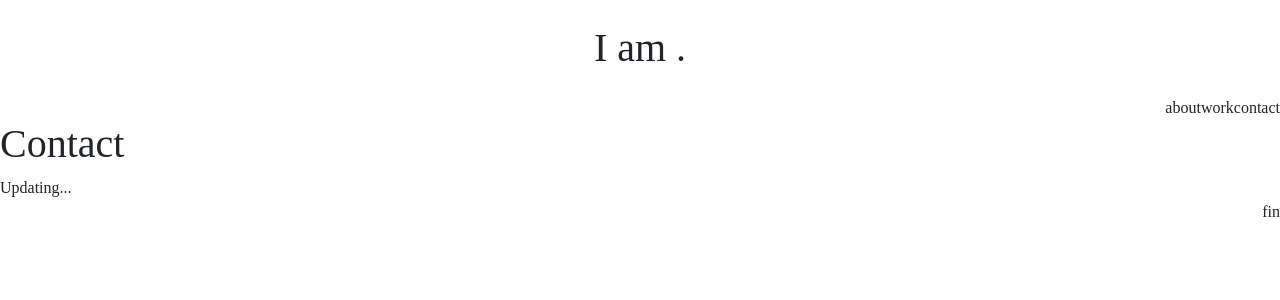
Repository: 7oooomi/portfolio-vercel-
Page: /contact (app in sample-app/)
These files come from the project's save history. The page is drawn as it stood at one moment and after the next save; the edit follows.
The browser window is 1280 px wide. The pictures show the whole page.
The project was rebuilt for these pictures with package versions that can differ from the ones it lists, and the page was loaded fresh each time. The framework's server and built-in components were replaced by stand-ins that run in the browser. Also part of the build but not shown: sample-app/next.config.js.

Above is the page before, as saved 2022-08-07 18:13:41.

### sample-app/pages/_app.js

import 'bootstrap/dist/css/bootstrap.min.css';
import '../styles/globals.css';
import Layout from './Layout';

function MyApp({ Component, pageProps }) {
  return (
    <Layout>
      <Component {...pageProps} />
    </Layout>
  );
}

export default MyApp

### sample-app/pages/contact/index.js
import styles from '../../styles/Home.module.css';

export default function Form () {
    return (
        <div>
            <h1>Contact</h1>
            <div>
                Updating...
            </div>
        </div>
    );
}

### sample-app/styles/globals.css
html,
body {
  padding: 0;
  margin: 0;
  font-family: HiraMinProN-W3;
}

a {
  color: inherit;
  text-decoration: none;
}

### sample-app/pages/Layout.js
import Home from './components/Header';
import Footer from './components/Footer';


export default function Layout ({ children }) {
    return (
        <>
          <Home />
            <main>{children}</main>
          <Footer />
        </>
    );
}

### sample-app/pages/components/Header.js
import Head from 'next/head'
import Image from 'next/image'
import Nav from 'react-bootstrap/Nav';
import Link from 'next/link';

export default function Home() {
  return (
    <div>
      <Head>
        <title>I am.</title>
        <meta name="description" content="Generated by create next app" />
        <link rel="icon" href="/favicon.ico" />
      </Head>

      <main>
        <h1 className="text-center mt-4 mb-4">
          <Link href='/'>I am .</Link>
        </h1>
        <Nav className="justify-content-end">
          <Nav.Item>
            <Link href='/about'>
              <a>about</a>
            </Link>
          </Nav.Item>
          <Nav.Item>
            <Link href='/work'>
              <a>work</a>
            </Link>
          </Nav.Item>
          <Nav.Item>
            <Link href='/contact'>
              <a>contact</a>
            </Link>
          </Nav.Item>
        </Nav>
      </main>
    </div>
  )
}

### sample-app/pages/components/Footer.js
export default function Footer() {
    return (
        <div style={{textAlign: 'right'}}>fin</div>
    )
}

### sample-app/styles/Home.module.css
.container {
  padding: 0 2rem;
}

.main {
  min-height: 100vh;
  padding: 4rem 0;
  flex: 1;
  display: flex;
  flex-direction: column;
  justify-content: center;
  align-items: center;
}

.footer {
  display: flex;
  padding: 20px;
  flex-wrap: wrap;
  border-top: 1px solid white;
  justify-content: center;
}

.footer a {
  display: flex;
  justify-content: center;
  align-items: center;
  flex-grow: 1;
}

.title a {
  color: #0070f3;
  text-decoration: none;
}

.title a:hover,
.title a:focus,
.title a:active {
  text-decoration: underline;
}

.title {
  margin: 0;
  line-height: 1.15;
  font-size: 4rem;
}

.title,
.description {
  text-align: center;
}

.description {
  margin: 4rem 0;
  line-height: 1.5;
  font-size: 1.5rem;
}

.code {
  background: #fafafa;
  border-radius: 5px;
  padding: 0.75rem;
  font-size: 1.1rem;
  font-family: Menlo, Monaco, Lucida Console, Liberation Mono, DejaVu Sans Mono,
    Bitstream Vera Sans Mono, Courier New, monospace;
}

.grid {
  display: flex;
  align-items: center;
  justify-content: center;
  flex-wrap: wrap;
  max-width: 800px;
}

.card {
  margin: 1rem;
  padding: 1.5rem;
  text-align: left;
  color: inherit;
  text-decoration: none;
  border: 1px solid #eaeaea;
  border-radius: 10px;
  transition: color 0.15s ease, border-color 0.15s ease;
  max-width: 300px;
}

.card:hover,
.card:focus,
.card:active {
  color: #0070f3;
  border-color: #0070f3;
}

.card h2 {
  margin: 0 0 1rem 0;
  font-size: 1.5rem;
}

.card p {
  margin: 0;
  font-size: 1.25rem;
  line-height: 1.5;
}

.logo {
  height: 1em;
  margin-left: 0.5rem;
}

@media (max-width: 600px) {
  .grid {
    width: 100%;
    flex-direction: column;
  }
}

@media (prefers-color-scheme: dark) {
  .card,
  .footer {
    border-color: #222;
  }
  .code {
    background: #111;
  }
  .logo img {
    filter: invert(1);
  }
}

After the next save:
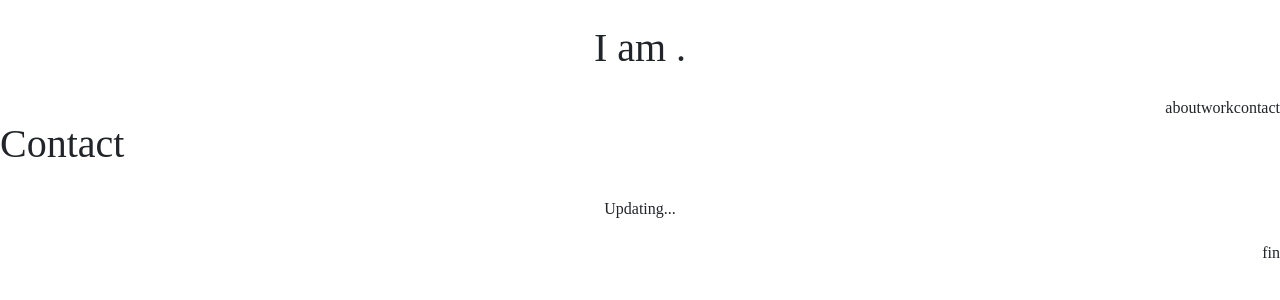
Saved 106 s later.
--- a/sample-app/pages/contact/index.js
+++ b/sample-app/pages/contact/index.js
@@ -4,7 +4,7 @@ export default function Form () {
     return (
         <div>
             <h1>Contact</h1>
-            <div>
+            <div className={styles.footer}>
                 Updating...
             </div>
         </div>
